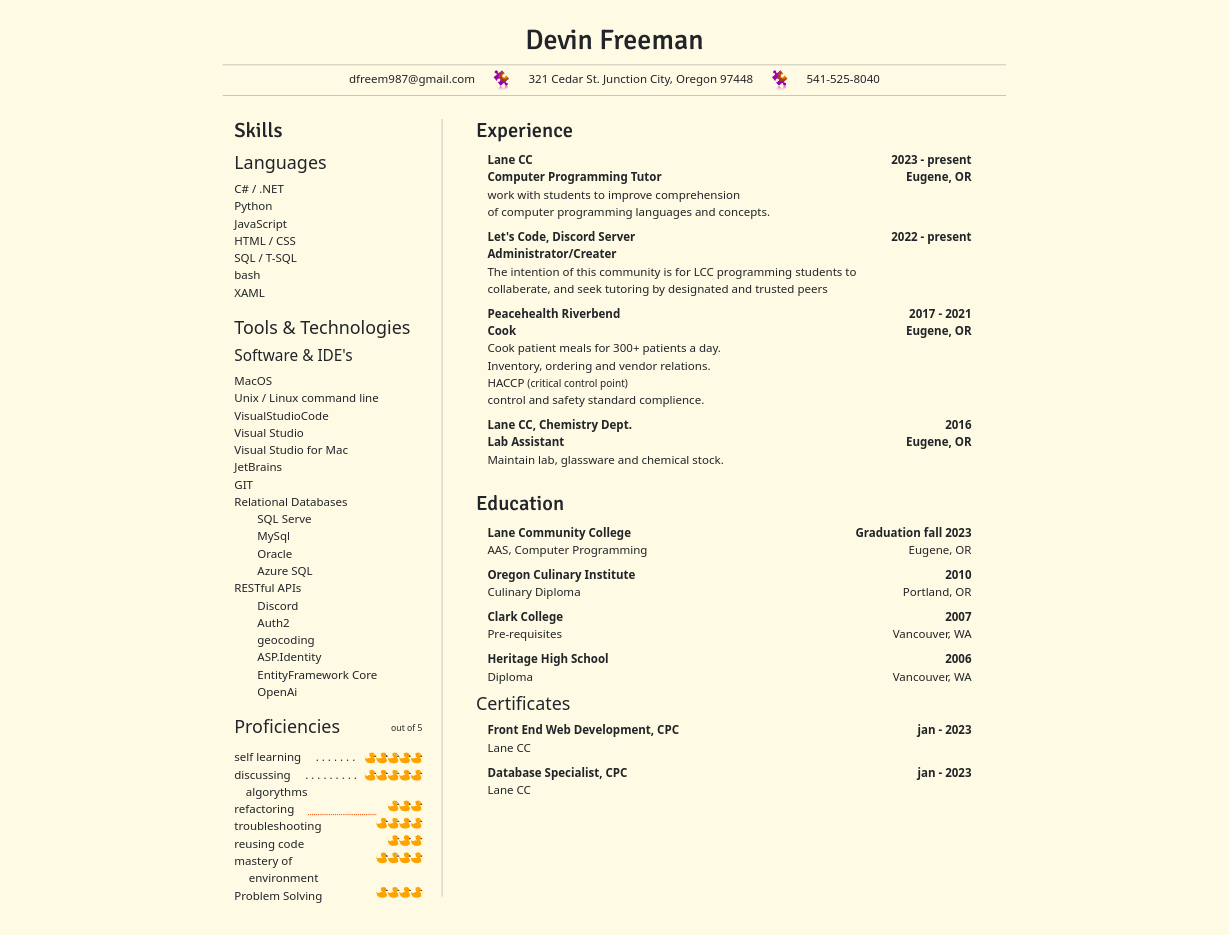
Repository: Dfreem/Resume
Page: index.html
The author's editor kept a copy of each file at every save. The page is drawn from the files as they stood at one save, then again after the next save.
The browser window is 1280 px wide. The pictures show the whole page, at 96% of full size.

Above is the page before, as saved 2023-02-13 11:31:31.

After the next save:
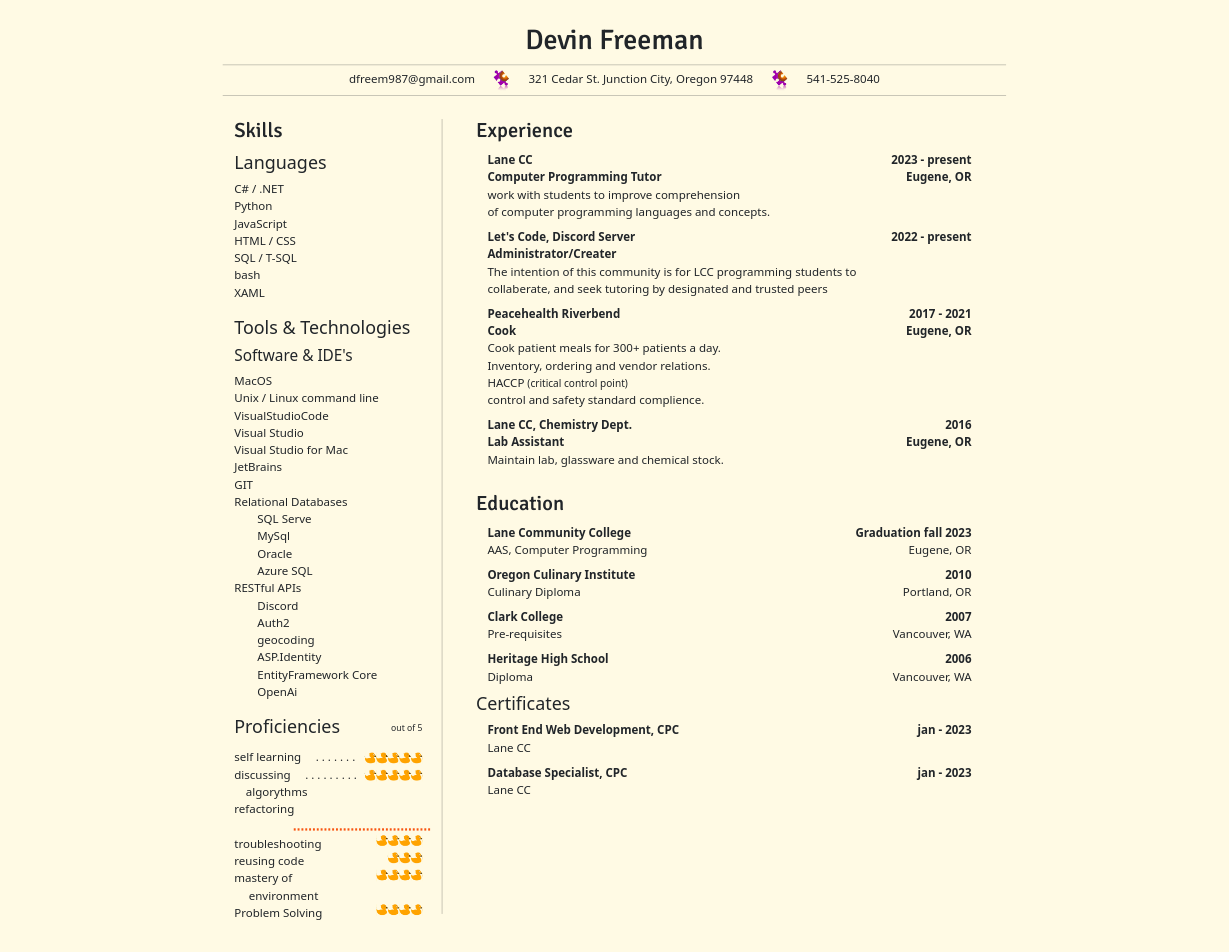
Saved 47 s later.
--- a/resume.css
+++ b/resume.css
@@ -117,7 +117,7 @@ h4 {
     color:#f85410;
     text-decoration-style: dotted;
     text-decoration-line: underline;
-    text-underline-offset: 100% 100%;
+    font-size: x-large;
     /* text-underline-position: 100%; */
  }
 
